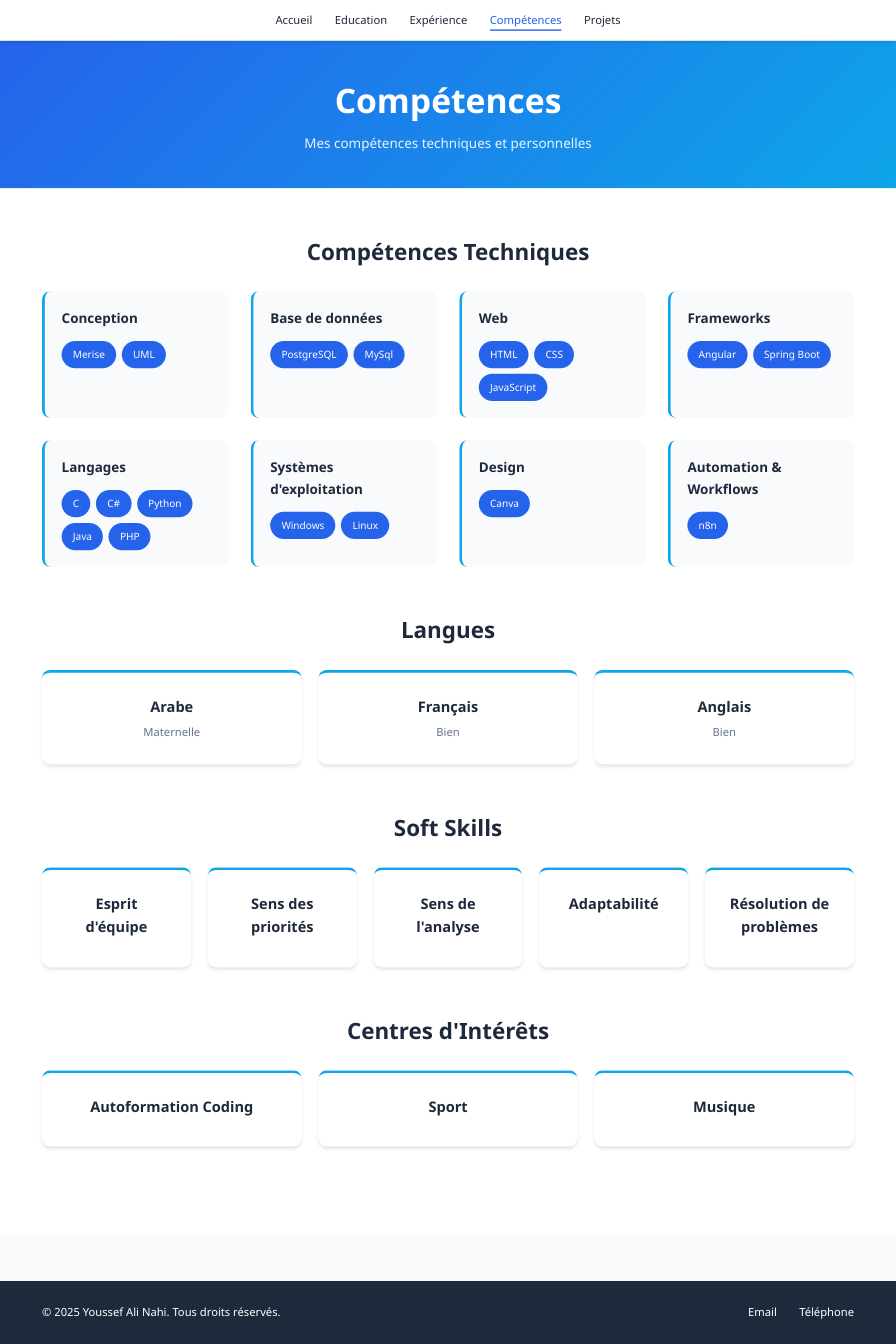
Repository: Youssef-Nahi504/My_Portfolio
Page: competences.html
The author's editor kept a copy of each file at every save. The page is drawn from the files as they stood at one save, then again after the next save.
The browser window is 1280 px wide. The pictures show the whole page, at 70% of full size.

Above is the page before, as saved 2025-12-19 16:32:38.

After the next save:
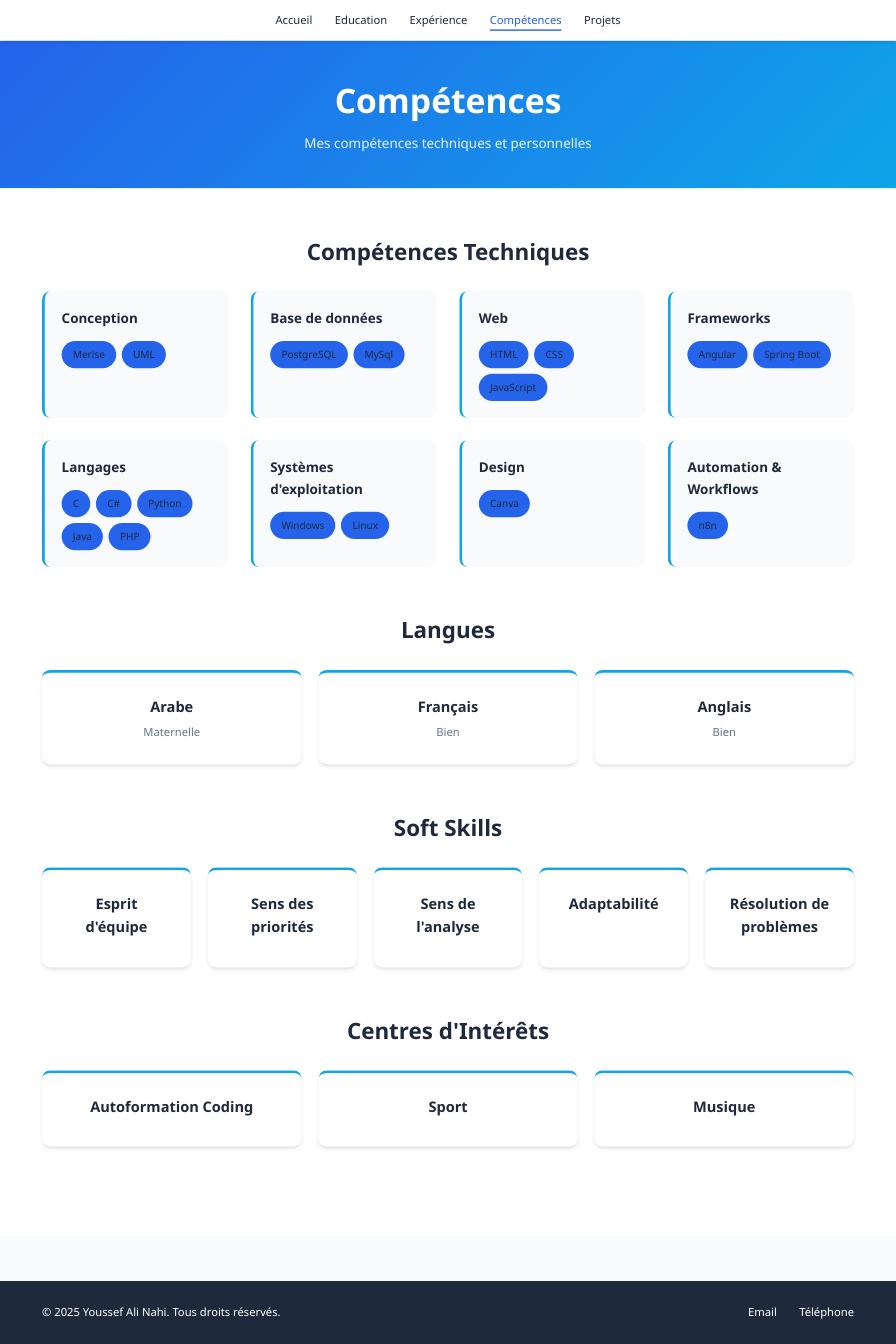
Saved 6 s later.
--- a/style.css
+++ b/style.css
@@ -460,7 +460,7 @@ body {
 
 .skill-tag {
     background: var(--primary-color);
-    color: var(--text-dark);
+    color:
     color: white;
     padding: 0.5rem 1rem;
     border-radius: 20px;
